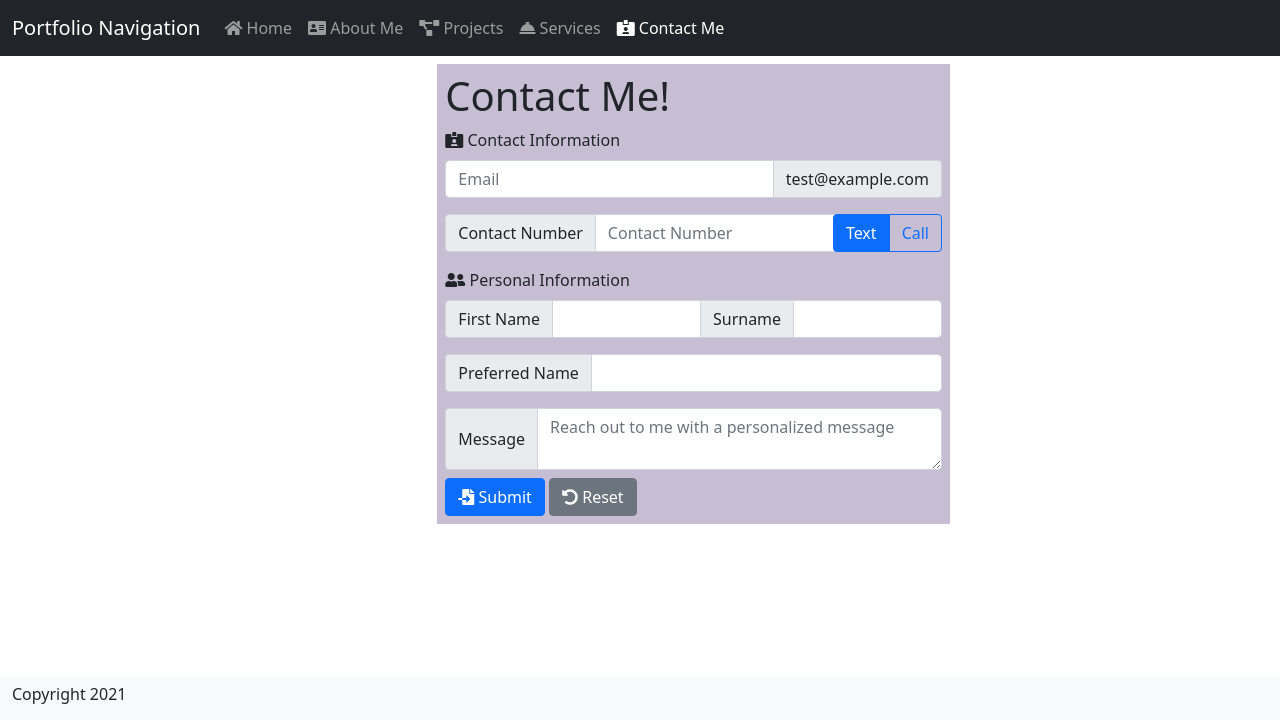
Repository: GarlicButterBoy/Portfolio
Page: contact.html
An editor plug-in stored every save of this project. The page is shown before and after the next save, followed by the edit.
The browser window is 1280 px wide. The page is 1284 px wide, so the pictures cover 1284 px, including what lies to the right of the window. The pictures show the whole page.

Above is the page before, as saved 2021-06-14 11:41:52.

### contact.html
<!DOCTYPE html>
<html lang="en">
<head>
    <meta charset="UTF-8">
    <meta http-equiv="X-UA-Compatible" content="IE=edge">
    <meta name="viewport" content="width=device-width, initial-scale=1.0">
    <title>Nick Sturch-Flint Portfolio</title>
    <link rel="stylesheet" href="./node_modules/bootstrap/dist/css/bootstrap.min.css">
    <link rel="stylesheet" href="./node_modules/@fortawesome/fontawesome-free/css/all.min.css">
    <link rel="stylesheet" href="./Content/app.css">
</head>
<body>
  <!-- Main Navigation -->
    <nav class="navbar navbar-expand-lg navbar-dark bg-dark">
        <div class="container-fluid">
          <a class="navbar-brand" href="#">Portfolio Navigation</a>
          <button class="navbar-toggler" type="button" data-bs-toggle="collapse" data-bs-target="#navbarNavAltMarkup" aria-controls="navbarNavAltMarkup" aria-expanded="false" aria-label="Toggle navigation">
            <span class="navbar-toggler-icon"></span>
          </button>
          <div class="collapse navbar-collapse" id="navbarNavAltMarkup">
            <div class="navbar-nav ml-auto">
              <a id="home" class="nav-link" aria-current="page" href="index.html"><i class="fas fa-home"></i> Home</a>
              <a id="about" class="nav-link" href="about.html"><i class="fas fa-address-card"></i> About Me</a>
              <a id="projects" class="nav-link" href="projects.html"><i class="fas fa-project-diagram"></i> Projects</a>
              <a id="services" class="nav-link" href="services.html"><i class="fas fa-concierge-bell"></i> Services</a>
              <a id="contact" class="nav-link" href="contact.html"><i class="fas fa-id-card-alt"></i> Contact Me</a>
            </div>
          </div>
        </div>
      </nav>
      <!-- End of Main Navigation -->

      <main class="containrer p-2">
        <div class="row">
          <div class=" offset-md-4 col-md-5">
            <div class="jumbotron p-2" id="contentArea">
              <h1>Contact Me!</h1>

              <div class="alert alert-warning" role="alert" id="errorMessage">
              </div>

              <form id="contactForm" action="POST">

              <label for="basic-url" class="form-label"><i class="fas fa-id-card-alt"></i> Contact Information</label>
              <div class="input-group mb-3">
                <input type="email" class="form-control" placeholder="Email" aria-label="Email" aria-describedby="basic-addon2" id="emailAddress" value="">
                <span class="input-group-text" id="basic-addon2">test@example.com</span>
              </div>

              <div class="input-group mb-3">
                <span class="input-group-text" id="basic-addon2">Contact Number</span>
                <input type="tel" class="form-control" placeholder="Contact Number" aria-label="Contact Number" aria-describedby="basic-addon2" id="contactNumber" value="">

                <div class="btn-group" role="group" aria-label="Basic radio toggle button group">
                  <input type="radio" class="btn-check" name="btnradio" id="textCheck" autocomplete="off" checked>
                  <label class="btn btn-outline-primary" for="btnradio1">Text</label>

                  <input type="radio" class="btn-check" name="btnradio" id="callCheck" autocomplete="off">
                  <label class="btn btn-outline-primary" for="btnradio2">Call</label>
                </div>

              </div>

              <label for="basic-url" class="form-label"><i class="fas fa-user-friends"></i> Personal Information</label>
              <div class="input-group mb-3">
                <span class="input-group-text" id="basic-addon3">First Name</span>
                <input type="text" class="form-control" id="firstName" aria-describedby="basic-addon3" value="">

                <span class="input-group-text">Surname</span>
                <input type="text" class="form-control" aria-label="Surname" id="lastName" value="">
              </div>

              <div class="input-group mb-3">
                <span class="input-group-text">Preferred Name</span>
                <input type="text" class="form-control" aria-label="Preferred Name" id="prefName" value="">
              </div>



              <div class="input-group">
                <span class="input-group-text">Message</span>
                <textarea class="form-control" placeholder="Reach out to me with a personalized message" aria-label="Message" id="message" value=""></textarea>
              </div>
              <button class="btn btn-primary mt-2" type="submit" id="submitButton"><i class="fas fa-file-import"></i> Submit</button>
              <button class="btn btn-secondary mt-2" type="reset" id="resetButton"><i class="fas fa-undo-alt"></i> Reset</button>

            </form>
            </div>
          </div>
        </div>
      </main>


      <footer>
        <nav class="navbar fixed-bottom navbar-light bg-light">
          <div class="container-fluid">
            <h6>Copyright 2021</h6>
          </div>
        </nav>
      </footer>

      <!-- Third Party Libraries -->
      <script src="./node_modules/jquery/dist/jquery.min.js"></script>
      <script src="./node_modules/bootstrap/dist/js/bootstrap.min.js"></script>

      <!-- Third Party Libraries -->
    <script src="./Scripts/app.js"></script>
</body>
</html>

### Content/app.css
.jumbotron {
    background-color: #c7bed3;
  }

### Scripts/app.js
class Contact
{
    constructor(emailAddress = "", contactNumber = "", contactName = "", contactMessage = "")
    {
        this.emailAddress = emailAddress;
        this.contactNumber = contactNumber;
        this.contactName = contactName;
        this.contactMessage = contactMessage;
    }
}

"use strict";

//IIFE - Immediately Invoked Function Expression
// OR - Anonymous Self Executing Function
(function()
{
    //declare function variables here...
    let contact = new Contact();
    console.log("%cDeclaring Variables", "color:blue");

    /**
     * Variable Initialization in this function
     */
    function Start()
    {
        console.log("%cInitializing Variables", "color:green");

        PageSwitcher();

        Main();
    }

    function PageSwitcher()
    {
        let name = window.location.pathname; //returns full .html page name
        let pageName = name.substring(1, name.length - 5); //returns page name without the first / and the final .html


        switch(pageName)
        {
            case "index":
                DisplayHome();

                break;
            case "about":
                DisplayAbout();
                break;
            case "projects":
                DisplayProjects();
                break;
            case "services":
                DisplayServices();
                break;
            case "contact":
                DisplayContact();
                break;
            default:
                Display404();
                break;
        }

        $("#"+pageName).addClass("active"); //makes the active page link highlighted
    }

    function DisplayHome()
    {
        function notify() {
            console.log( "clicked" );
          }

        document.getElementById("home").className = "nav-link active";

         $("#projectsButton").on("click", notify, () => {
              location.href = "projects.html";
         });
    }

    function DisplayAbout()
    {

    }

    function DisplayProjects()
    {

    }

    function DisplayServices()
    {

    }

    function DisplayContact()
    {

        function clearForm()
        {
            $("#contactForm")[0].reset();
            $("#errorMessage").hide();
        }

        $("#errorMessage").hide();

        $("#firstName").on("change", (e) => {
            if($("#firstName").length < 2)
            {
                $("#errorMessage")[0].textContent = "First Name is too short";
                $("#errorMessage").show();
                $("#firstName").on("select");
                console.log("Contact Name Too Short")
            }
            else
            {
                $("#errorMessage").hide();
            }
            console.log("changed");
        });

        $("#submitButton").on("click", (e) =>
        {
            e.preventDefault();

            let emailAddress = $("#emailAddress").val();
            let contactNumber = $("#contactNumber").val();
            let firstName = $("#firstName").val();
            let lastName = $("#lastName").val();
            let prefName = $("#prefName").val();
            let message = $("#message").val();

            console.log(`Email Address : ${emailAddress}`);
            console.log(`Contact Number: ${contactNumber}`);
            console.log(`Name          : ${prefName} (${lastName}, ${firstName});`);
            console.log(`Message       : ${message}`);

            contact.emailAddress = emailAddress;
            contact.contactNumber = contactNumber;
            contact.contactName = `${prefName} (${lastName}, ${firstName})`;
            contact.contactMessage = message;

            console.log(contact);
            clearForm();
        });

        $("#resetButton").on("click", (e) =>
        {
            e.preventDefault();

            if(confirm("Are you sure?"))
            {
                clearForm();
            }
        });
    }

    function Display404()
    {
        console.log("Page Not Found");
    }

    /**
     * Main program Entry point is here
     */
    function Main()
    {
        console.log("%cMain Program Starting", "color:orange");

    }

    window.addEventListener("load", Start);
})();

Loaded but not shown: node_modules/bootstrap/dist/css/bootstrap.min.css (library); node_modules/@fortawesome/fontawesome-free/css/all.min.css (library); node_modules/jquery/dist/jquery.min.js (library); node_modules/bootstrap/dist/js/bootstrap.min.js (library)

After the next save:
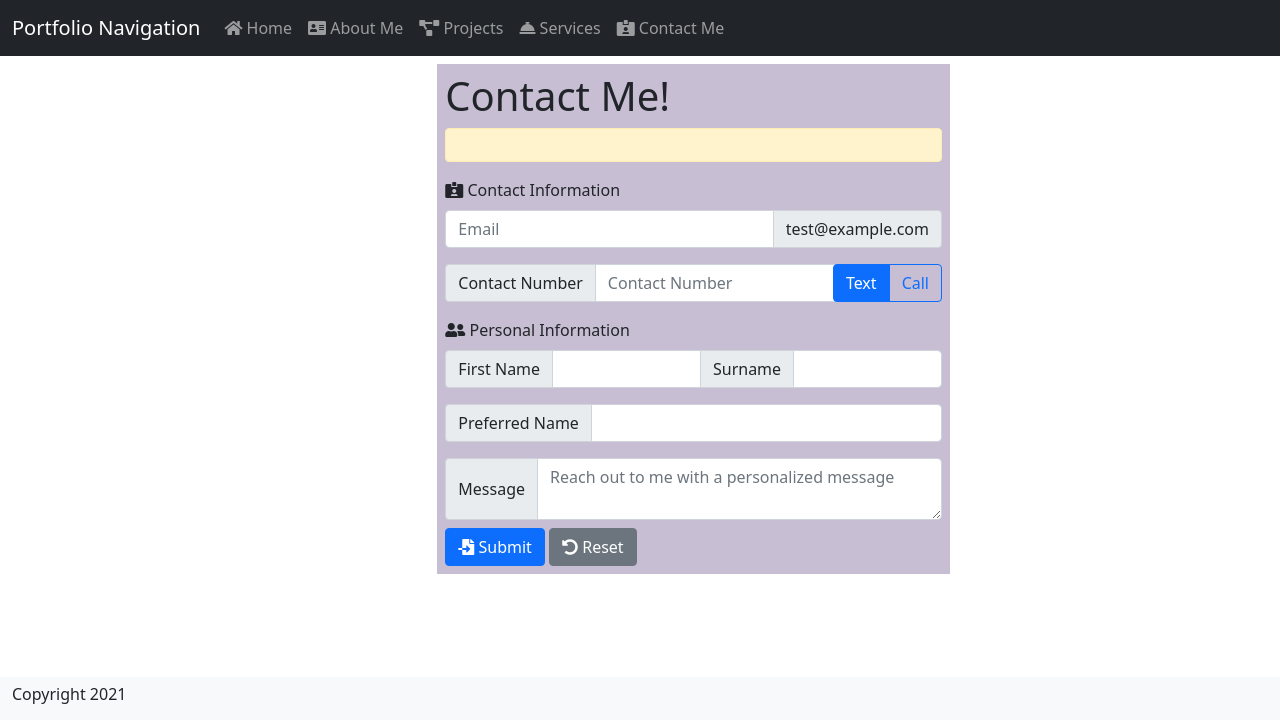
Console error: SyntaxError: Unexpected token ';'
Saved 15 s later.
--- a/Scripts/app.js
+++ b/Scripts/app.js
@@ -107,7 +107,7 @@
             {
                 $("#errorMessage")[0].textContent = "First Name is too short";
                 $("#errorMessage").show();
-                $("#firstName").on("select");
+                $("#firstName").;
                 console.log("Contact Name Too Short")
             }
             else

After the save that followed:
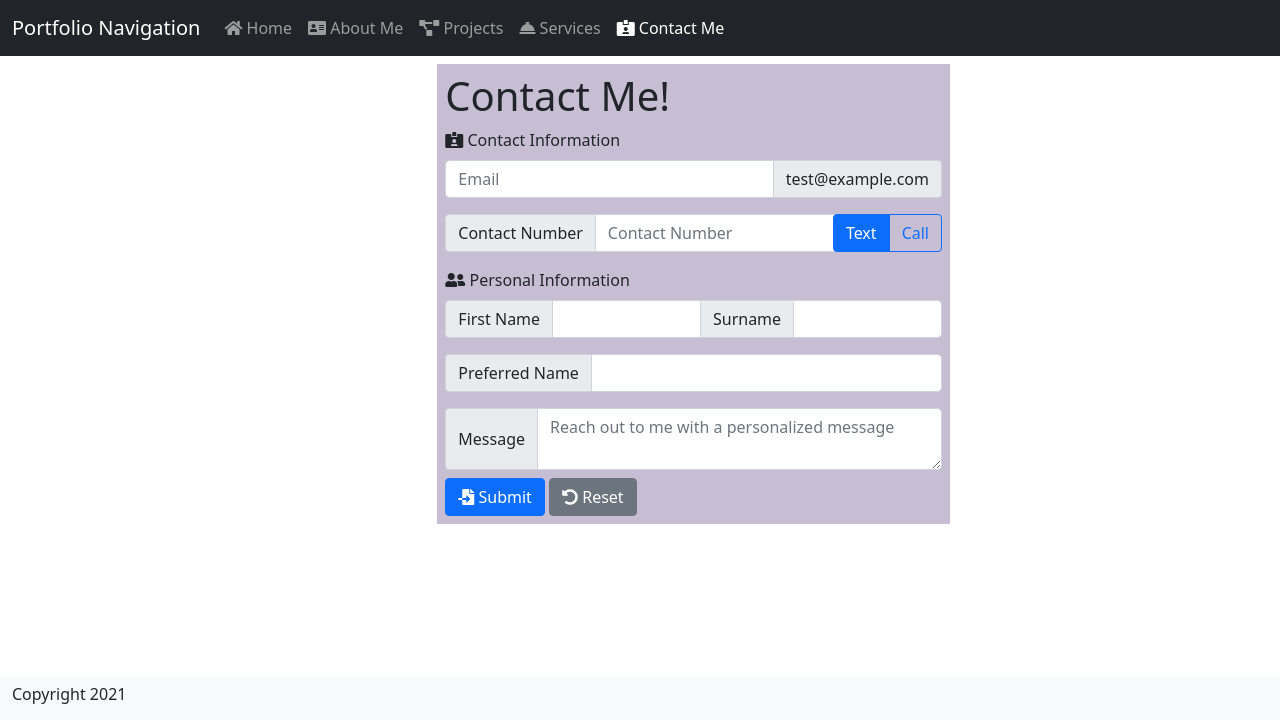
The error is gone.
Saved 2 min 1 s later.
--- a/Scripts/app.js
+++ b/Scripts/app.js
@@ -107,7 +107,7 @@
             {
                 $("#errorMessage")[0].textContent = "First Name is too short";
                 $("#errorMessage").show();
-                $("#firstName").;
+                $("#firstName").trigger("focus");
                 console.log("Contact Name Too Short")
             }
             else
